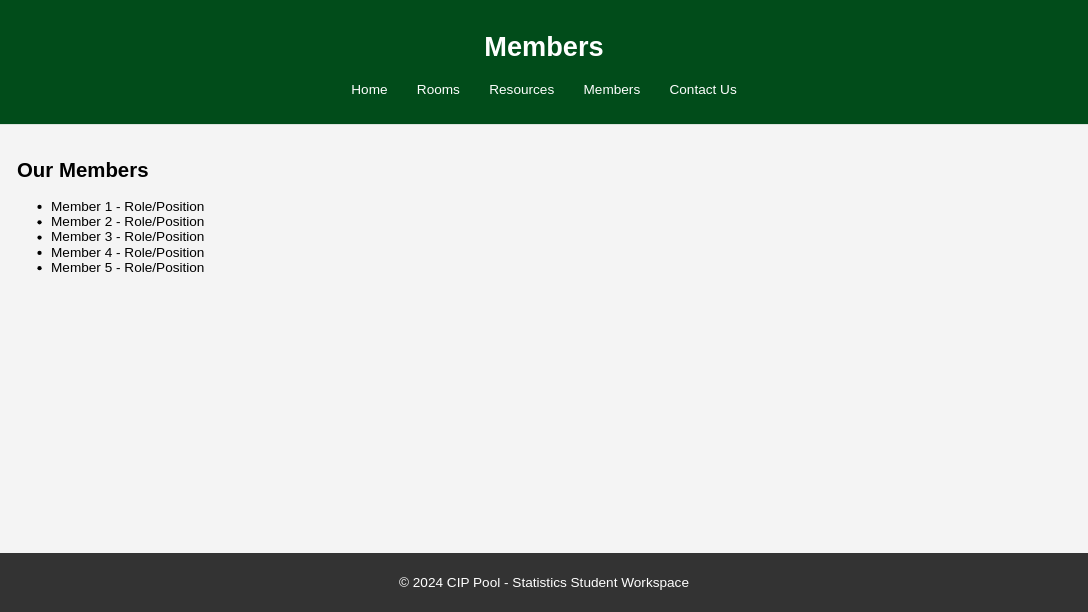
Repository: anjalisarawgi/cip_website
Page: members.html
The author's editor kept a copy of each file at every save. The page is drawn from the files as they stood at one save, then again after the next save.
The browser window is 1280 px wide. The pictures show the whole page, at 85% of full size.

Above is the page before, as saved 2024-06-14 11:44:22.

After the next save:
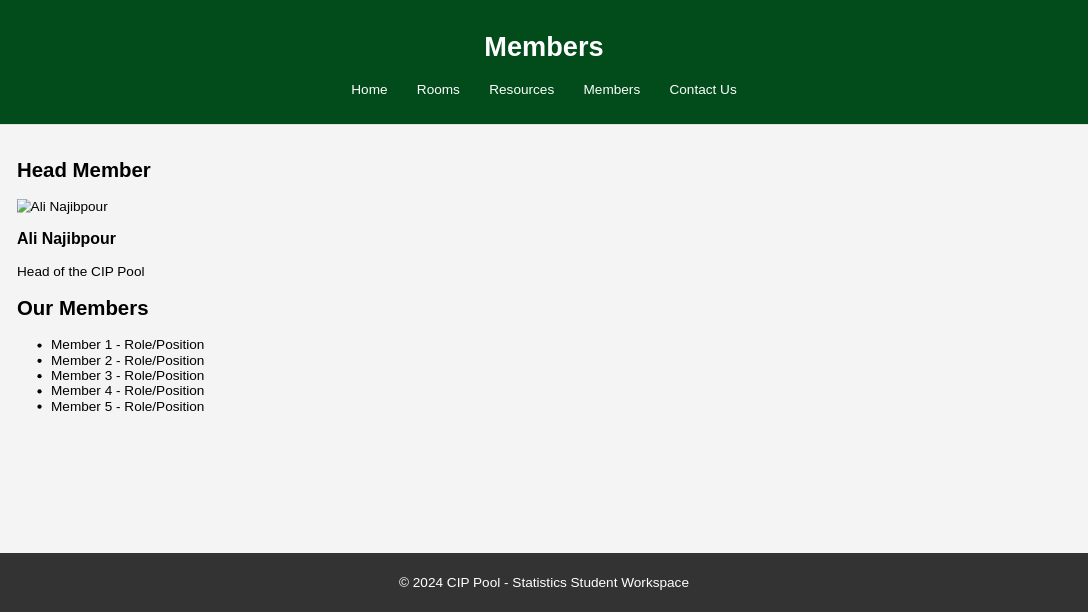
Not found: images/ali_najibpour.jpg
Saved 98 s later.
--- a/members.html
+++ b/members.html
@@ -21,6 +21,16 @@
     </header>
     <main>
         <section>
+            <h2>Head Member</h2>
+            <div class="member">
+                <img src="images/ali_najibpour.jpg" alt="Ali Najibpour" class="member-photo">
+                <div class="member-info">
+                    <h3>Ali Najibpour</h3>
+                    <p>Head of the CIP Pool</p>
+                </div>
+            </div>
+        </section>
+        <section>
             <h2>Our Members</h2>
             <ul>
                 <li>Member 1 - Role/Position</li>

After the 4 saves that followed:
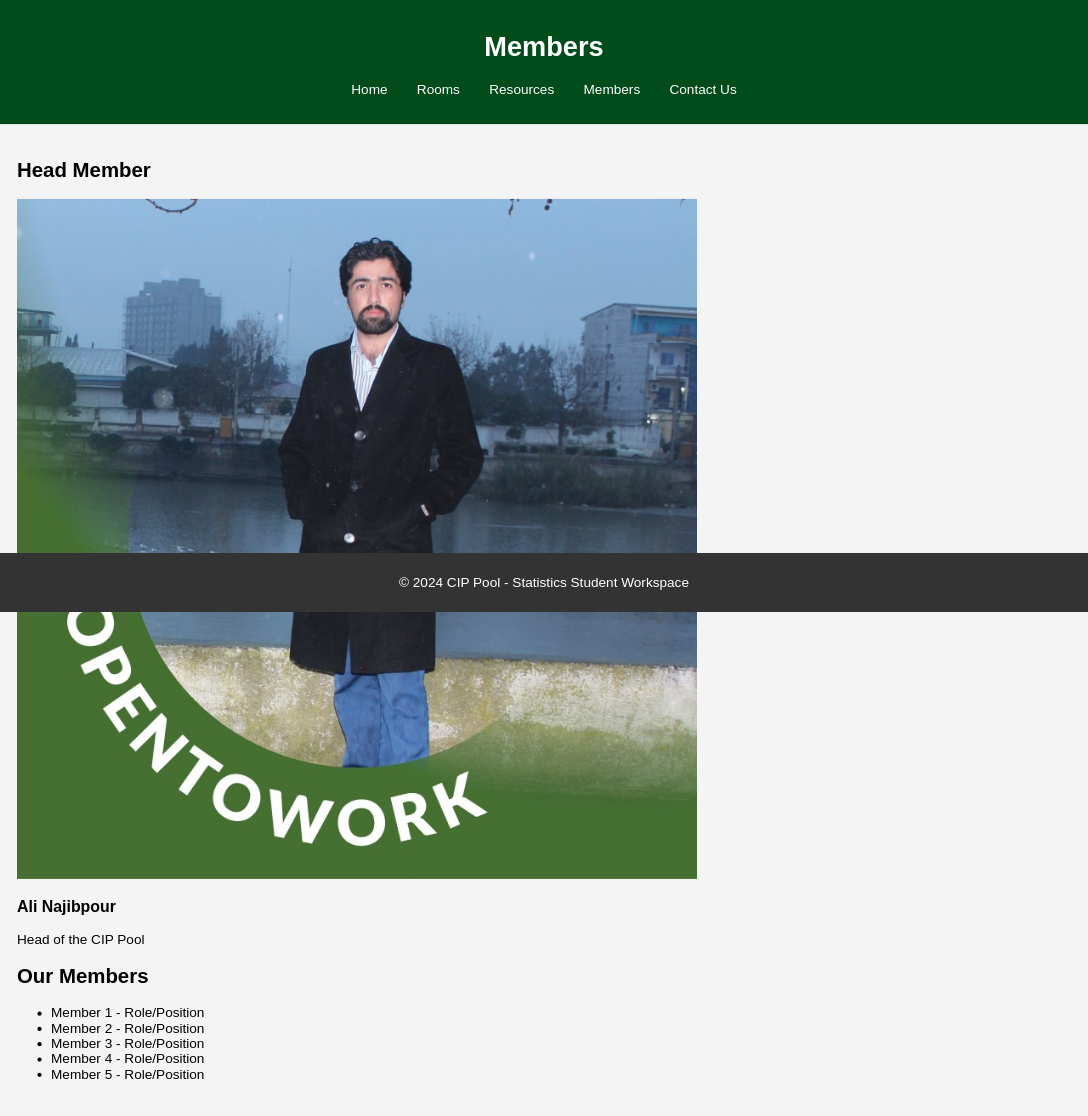
The 4 saves are shown as one change because 3 left the picture as it was.
The last was saved 96 s later.
--- a/members.html
+++ b/members.html
@@ -23,7 +23,7 @@
         <section>
             <h2>Head Member</h2>
             <div class="member">
-                <img src="images/ali_najibpour.jpg" alt="Ali Najibpour" class="member-photo">
+                <img src="images/ali.jpeg" alt="Ali Najibpour" class="member-photo">
                 <div class="member-info">
                     <h3>Ali Najibpour</h3>
                     <p>Head of the CIP Pool</p>
